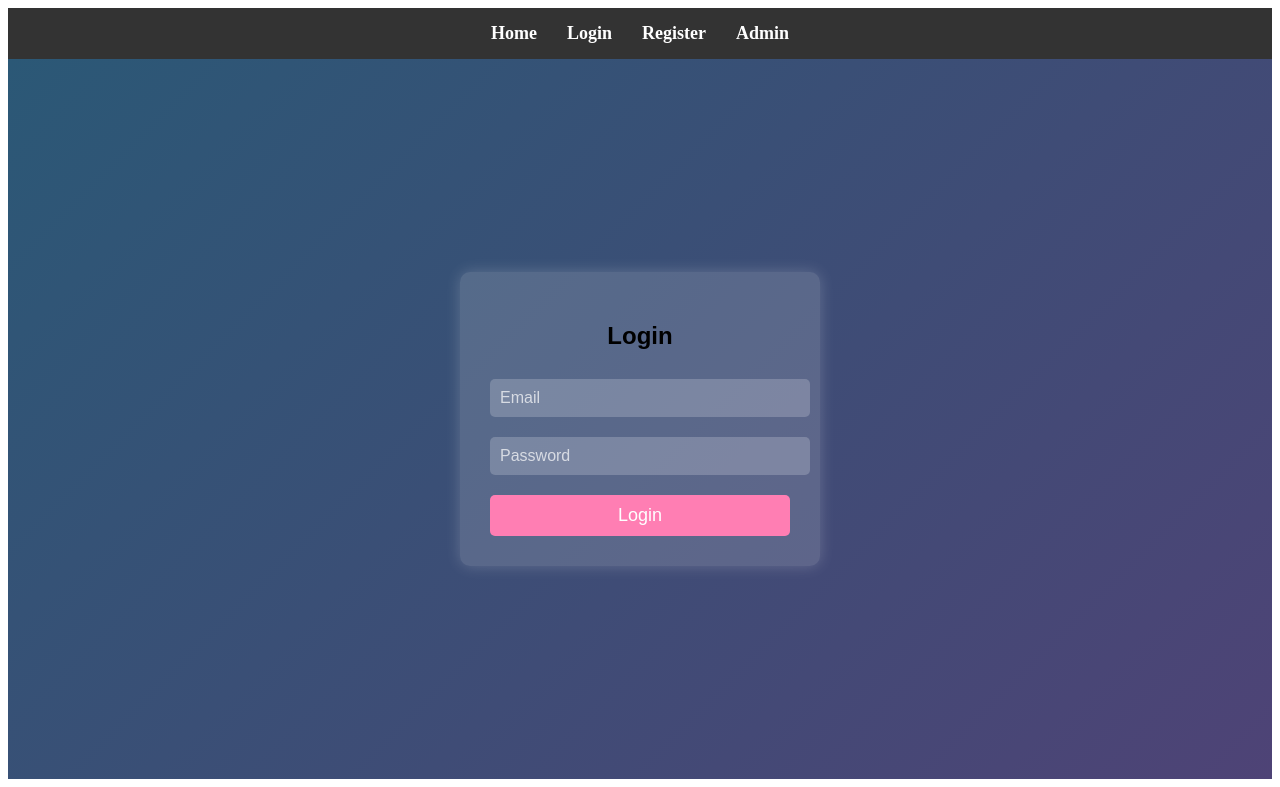
Repository: AhmedIbu/angular-login-app
Page: /login (app in angular-login-app/)
These files come from the project's save history. The page is drawn as it stood at one moment and after the next save; the edit follows.
The browser window is 1280 px wide. The pictures show the whole page.
The project was rebuilt for these pictures with package versions that can differ from the ones it lists, and the page was loaded fresh each time. Also part of the build but not shown: angular-login-app/angular.json, angular-login-app/src/app/home/home.component.ts, angular-login-app/src/app/register/register.component.ts, angular-login-app/src/app/services/user.service.ts, angular-login-app/src/app/admin-dashboard/admin-dashboard.component.ts, angular-login-app/src/app/admin-login/admin-login.component.ts, angular-login-app/src/app/user-dashboard/user-dashboard.component.ts.

Above is the page before, as saved 2025-02-21 11:28:25.

### angular-login-app/src/index.html
<!doctype html>
<html lang="en">
<head>
  <meta charset="utf-8">
  <title>AngularLoginApp</title>
  <base href="/">
  <meta name="viewport" content="width=device-width, initial-scale=1">
  <link rel="icon" type="image/x-icon" href="favicon.ico">
</head>
<body>
  <app-root></app-root>
</body>
</html>

### angular-login-app/src/styles.css
/*  app components css   */

/* Style the navigation bar */
.navbar {
  background: #333;
  padding: 15px;
  text-align: center;
}

/* Style the list */
.nav-list {
  list-style: none;
  padding: 0;
  margin: 0;
  display: flex;
  justify-content: center;
}

/* Style the navigation links */
.nav-list li {
  margin: 0 15px;
}

.nav-link {
  text-decoration: none;
  color: white;
  font-size: 18px;
  font-weight: bold;
  transition: color 0.3s ease-in-out;
}

/* Hover effect */
.nav-link:hover {
  color: #385348;
}

/* Responsive design */
@media (max-width: 600px) {
  .nav-list {
    flex-direction: column;
  }

  .nav-list li {
    margin-bottom: 10px;
  }
}

### angular-login-app/src/main.ts
import { bootstrapApplication } from '@angular/platform-browser';
import { appConfig } from './app/app.config';
import { AppComponent } from './app/app.component';
import { provideHttpClient } from '@angular/common/http';

bootstrapApplication(AppComponent, {
  ...appConfig, // ✅ Spread existing config
  providers: [
    ...appConfig.providers, // ✅ Keep existing providers
    provideHttpClient() // ✅ Ensure HTTP client is provided
  ]
}).catch(err => console.error(err));

### angular-login-app/src/app/app.config.ts
import { ApplicationConfig } from '@angular/core';
import { provideRouter, Routes } from '@angular/router';
import { provideHttpClient } from '@angular/common/http';

// ✅ Import standalone components
import { HomeComponent } from './home/home.component';
import { LoginComponent } from './login/login.component';
import { RegisterComponent } from './register/register.component';
import { AdminDashboardComponent } from './admin-dashboard/admin-dashboard.component';
import { AdminLoginComponent } from './admin-login/admin-login.component';
import { UserDashboardComponent } from './user-dashboard/user-dashboard.component';

// ✅ Define routes
const routes: Routes = [
  { path: '', component: HomeComponent}, // Default route
  { path: 'login', component: LoginComponent },
  { path: 'register', component: RegisterComponent },
  { path: 'admin-login', component: AdminLoginComponent },
  { path: 'user-dashboard', component: UserDashboardComponent },
  { path: 'admin-dashboard', component: AdminDashboardComponent },
  { path: '**', redirectTo: 'user-dashboard' } // Catch-all for unknown routes
];

export const appConfig: ApplicationConfig = {
  providers: [
    provideRouter(routes),
    provideHttpClient()
  ]
};

### angular-login-app/src/app/app.component.ts
import { Component } from '@angular/core';
import { RouterModule } from '@angular/router';

@Component({
  selector: 'app-root',
  standalone: true,
  imports: [RouterModule],
  templateUrl: './app.component.html',
  styleUrls: ['./app.component.css','../styles.css']
})
export class AppComponent { }

### angular-login-app/src/app/login/login.component.ts
import { Component, OnInit } from '@angular/core';
import { Router } from '@angular/router';
import { AuthService } from '../services/auth.service';
import { CommonModule } from '@angular/common';
import { FormGroup, FormBuilder, ReactiveFormsModule, Validators } from '@angular/forms';

@Component({
  selector: 'app-login',
  standalone: true,
  templateUrl: './login.component.html',
  styleUrls: ['./login.component.css'],
  imports: [CommonModule, ReactiveFormsModule]
})
export class LoginComponent implements OnInit {

  loginForm!: FormGroup;
  errorMessage = '';
  loading = false;  // ✅ Added loading state

  constructor(
    private fb: FormBuilder,
    private authService: AuthService,
    private router: Router
  ) {}

  ngOnInit() {
    // ✅ Initialize the login form with validation
    this.loginForm = this.fb.group({
      email: ['', [Validators.required, Validators.email]],  // Email validation
      password: ['', [Validators.required, Validators.minLength(4)]]  // Password min length: 6
    });
  }

  onLogin() {
    if (this.loginForm.invalid) {
      this.loginForm.markAllAsTouched(); // ✅ Highlight invalid fields
      return;
    }

    this.loading = true;
    this.errorMessage = '';

    const loginData = this.loginForm.value;
    console.log('📨 Sending Login Data:', loginData);

    this.authService.login(loginData).subscribe({
      next: (response: any) => {
        console.log('✅ Login Successful:', response);
        alert('Login successful!');
        this.router.navigate(['/dashboard']);
      },
      error: (error) => {
        console.error('🔥 API Error:', error);
        this.errorMessage = error.error?.message || 'Login failed. Try again.';
        alert(this.errorMessage);
      },
      complete: () => {
        this.loading = false;
      }
    });
  }
}

### angular-login-app/src/app/app.component.html
<nav class="navbar">
  <ul class="nav-list">
    <li><a routerLink="/" class="nav-link">Home</a></li>
    <li><a routerLink="/login" class="nav-link">Login</a></li>
    <li><a routerLink="/register" class="nav-link">Register</a></li>
    <li><a routerLink="/admin-login" class="nav-link">Admin</a></li>
  </ul>
</nav>

<router-outlet></router-outlet>

### angular-login-app/src/app/login/login.component.html
<div class="login-container">
  <div class="login-box">
    <h2>Login</h2>
      <form [formGroup]="loginForm" (ngSubmit)="onLogin()">
        <input type="email" formControlName="email" placeholder="Email" required />
        <input type="password" formControlName="password" placeholder="Password" required />
        <button type="submit" class="login-btn" >Login</button>
    </form>
  </div>
</div>
<p *ngIf="errorMessage" style="color: red;">{{ errorMessage }}</p>

### angular-login-app/src/app/login/login.component.css
/* Centering the login form */
.login-container {
  display: flex;
  justify-content: center;
  align-items: center;
  height: 100vh;
  background: linear-gradient(135deg, #2b5876, #4e4376); /* Same gradient as register */
  font-family: "Poppins", sans-serif;
}

/* Login form styling */
.login-box {
  background: rgba(255, 255, 255, 0.15);
  padding: 30px;
  border-radius: 10px;
  box-shadow: 0 0 15px rgba(255, 255, 255, 0.2);
  width: 300px;
  text-align: center;
}

/* Input fields */
.login-box input {
  width: 100%;
  padding: 10px;
  margin: 10px 0;
  border: none;
  border-radius: 5px;
  background: rgba(255, 255, 255, 0.2);
  color: #fff;
  font-size: 16px;
  outline: none;
}

/* Placeholder text */
.login-box input::placeholder {
  color: rgba(255, 255, 255, 0.7);
}

/* Login button */
.login-box button {
  width: 100%;
  padding: 10px;
  margin-top: 10px;
  border: none;
  border-radius: 5px;
  background: #ff7eb3; /* Matching register button color */
  color: white;
  font-size: 18px;
  cursor: pointer;
  transition: 0.3s ease-in-out;
}

/* Button hover effect */
.login-box button:hover {
  background: #ff4f8b;
  transform: scale(1.05);
}

/* Forgot password & Register links */
.login-box p {
  margin-top: 10px;
  font-size: 14px;
  color: white;
}

.login-box a {
  color: #ffb3d9;
  text-decoration: none;
  font-weight: bold;
}

.login-box a:hover {
  text-decoration: underline;
}

### angular-login-app/src/app/services/auth.service.ts
import { Injectable } from '@angular/core';
import { HttpClient, HttpHeaders } from '@angular/common/http';
import { Observable, BehaviorSubject, of } from 'rxjs';
import { map, catchError, tap } from 'rxjs/operators';

@Injectable({
  providedIn: 'root'
})
export class AuthService {
  private apiUrl = 'http://127.0.0.1:5000'; // ✅ Flask API URL
  private isAuthenticated = new BehaviorSubject<boolean>(this.hasToken());

  constructor(private http: HttpClient) {}

  // ✅ Regular User Login (API)
  login(credentials: { email: string; password: string }): Observable<{ success: boolean; token?: string; isAdmin?: boolean }> {
    const headers = new HttpHeaders({ 'Content-Type': 'application/json' });

    return this.http.post<{ token: string; isAdmin: boolean }>(`${this.apiUrl}/login`, credentials, { headers }).pipe(
      tap(response => console.log('✅ User Login API Response:', response)), // ✅ Log API response
      map(response => {
        if (response.token) {
          this.saveToken(response.token);
          localStorage.setItem('isAdmin', JSON.stringify(response.isAdmin));
          return { success: true, token: response.token, isAdmin: response.isAdmin };
        }
        return { success: false };
      }),
      catchError(error => {
        console.error('❌ Login Error:', error);
        return of({ success: false });
      })
    );
  }

  // ✅ Admin Login (API Call)
  adminLogin(email: string, password: string): Observable<{ success: boolean; token?: string }> {
    const headers = new HttpHeaders({ 'Content-Type': 'application/json' });

    return this.http.post<{ success: boolean; token?: string }>(`${this.apiUrl}/admin-login`, { email, password }, { headers }).pipe(
      tap(response => console.log('✅ Admin Login API Response:', response)), // ✅ Log API response
      map(response => {
        if (response.success && response.token) {
          this.saveToken(response.token);
          localStorage.setItem('admin', 'true'); // ✅ Save admin status
          return { success: true, token: response.token };
        }
        return { success: false };
      }),
      catchError(error => {
        console.error('❌ Admin Login Error:', error);
        return of({ success: false });
      })
    );
  }

  // ✅ Save Token
  saveToken(token: string) {
    localStorage.setItem('token', token);
    this.isAuthenticated.next(true);
  }

  // ✅ Retrieve Token
  getToken(): string | null {
    return localStorage.getItem('token');
  }

  // ✅ Check if Token Exists
  hasToken(): boolean {
    return !!localStorage.getItem('token');
  }

  // ✅ Check if Admin is Logged In
  isAdmin(): boolean {
    return localStorage.getItem('admin') === 'true' && this.hasToken();
  }

  // ✅ User Registration
  register(userData: any): Observable<any> {
    return this.http.post(`${this.apiUrl}/register`, userData).pipe(
      tap(response => {
        console.log('✅ Registration successful', response);
        alert('Registration successful! You can now log in.');
      }),
      catchError(error => {
        console.error('❌ Registration failed', error);
        alert('Registration failed. Try again.');
        return of(null);
      })
    );
  }

  // ✅ Logout & Clear Everything
  logout() {
    localStorage.removeItem('token');
    localStorage.removeItem('admin');
    this.isAuthenticated.next(false);
    window.location.reload(); // 🔹 Force refresh to clear session issues
  }

  // ✅ Observe Auth Status (for Guards)
  isAuthenticated$(): Observable<boolean> {
    return this.isAuthenticated.asObservable();
  }
}

Loaded but not shown: angular-login-app/src/app/app.component.css (no stored copy; drawn as an empty file)

After the next save:
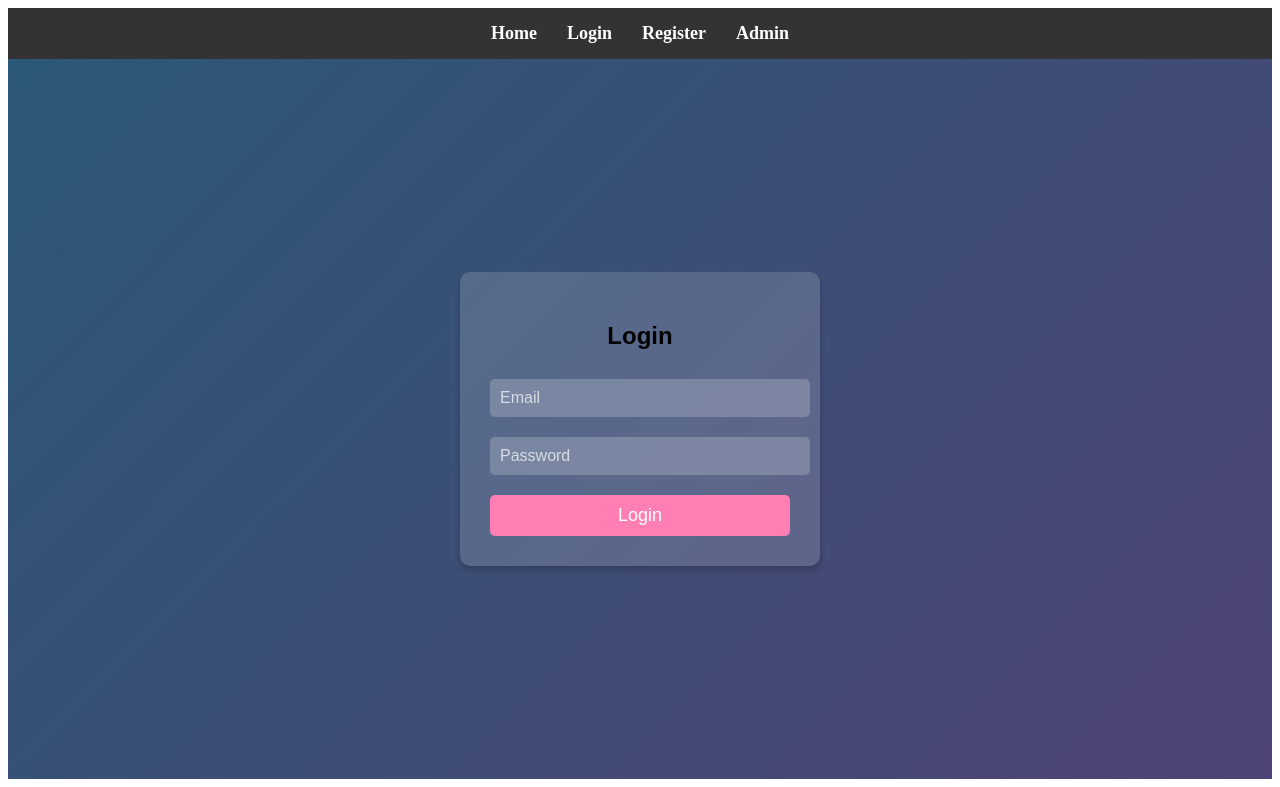
Saved 16 s later.
--- a/angular-login-app/src/app/login/login.component.css
+++ b/angular-login-app/src/app/login/login.component.css
@@ -13,7 +13,7 @@
   background: rgba(255, 255, 255, 0.15);
   padding: 30px;
   border-radius: 10px;
-  box-shadow: 0 0 15px rgba(255, 255, 255, 0.2);
+  box-shadow: 0 4px 6px rgba(0, 0, 0, 0.2);
   width: 300px;
   text-align: center;
 }
